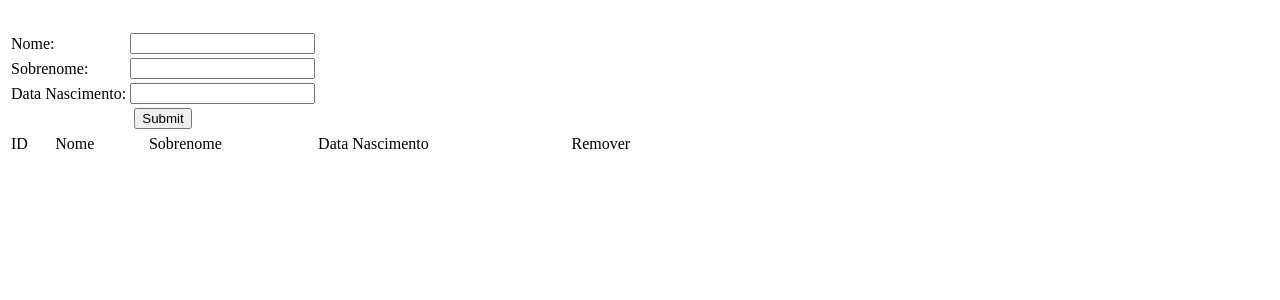
Repository: nandolupe/fiap-pos
Page: http://localhost/artigostruts2/
These files come from the project's save history. The page is drawn as it stood at one moment and after the next save; the edit follows.
The browser window is 1280 px wide. The pictures show the whole page.
The page is served by Tomcat 9.

Above is the page before, as saved 2014-08-23 04:27:25.

After the next save:
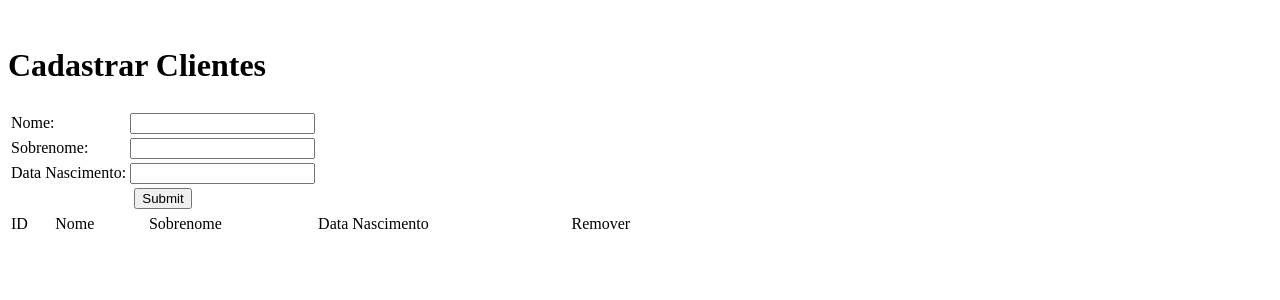
Saved 31 s later.
--- a/workspace-artigo-web/artigostruts2/WebContent/index.jsp
+++ b/workspace-artigo-web/artigostruts2/WebContent/index.jsp
@@ -24,7 +24,7 @@
 		<s:textfield name="cliente.dtNasc" label="Data Nascimento" size="20" />
 		<s:submit name="submit" label="Cadastrar" align="center" />
 		<br />
-
+		<h1>Cadastrar Clientes</h1>
 		<table style="width: 700px;">
 			<tr>
 				<td>ID</td>
